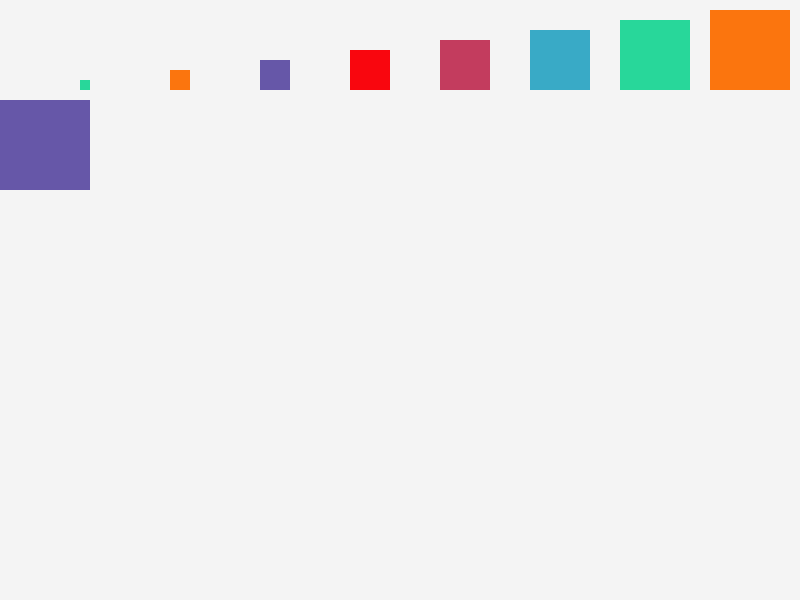
Repository: vitmac1/eclipse-workspace-project
Program's window: java exercicios-javafx/src/layout/AppLayout.java
An editor plug-in stored every save of this project. The program's window is shown before and after the next save, followed by the edit.
It runs on Java 21 on a 1366 x 768 screen with JavaFX 11; the title bar is not drawn. The picture is taken after one second of simulated time with no key pressed.

Above is the program's window before, as saved 2022-10-21 17:53:17.

After the next save:
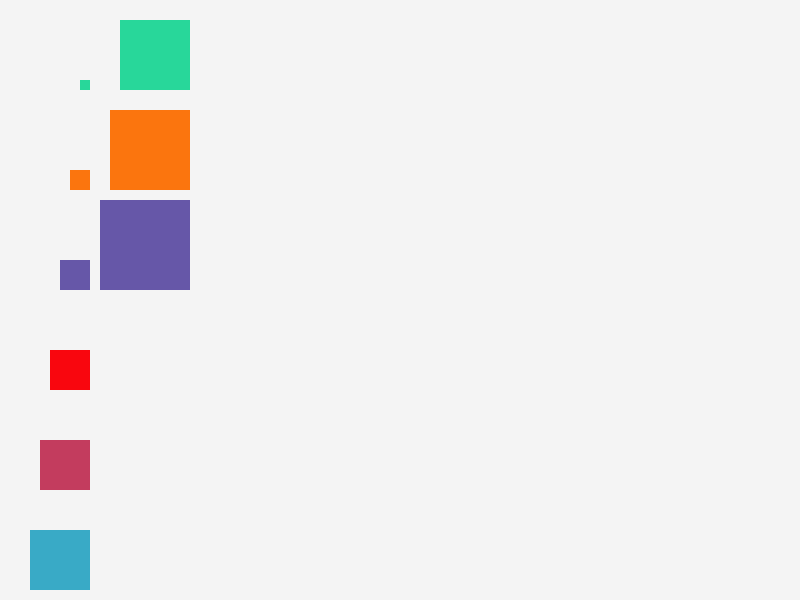
Saved 7 s later.
--- a/exercicios-javafx/src/layout/TesteTilePane.java
+++ b/exercicios-javafx/src/layout/TesteTilePane.java
@@ -3,6 +3,7 @@
 import java.util.ArrayList;
 import java.util.List;
 
+import javafx.geometry.Orientation;
 import javafx.geometry.Pos;
 import javafx.scene.layout.TilePane;
 
@@ -18,6 +19,8 @@
 
 		setVgap(10);
 		setHgap(10);
+
+		setOrientation(Orientation.VERTICAL);
 		setTileAlignment(Pos.BOTTOM_RIGHT);
 
 		getChildren().addAll(quadrados);
